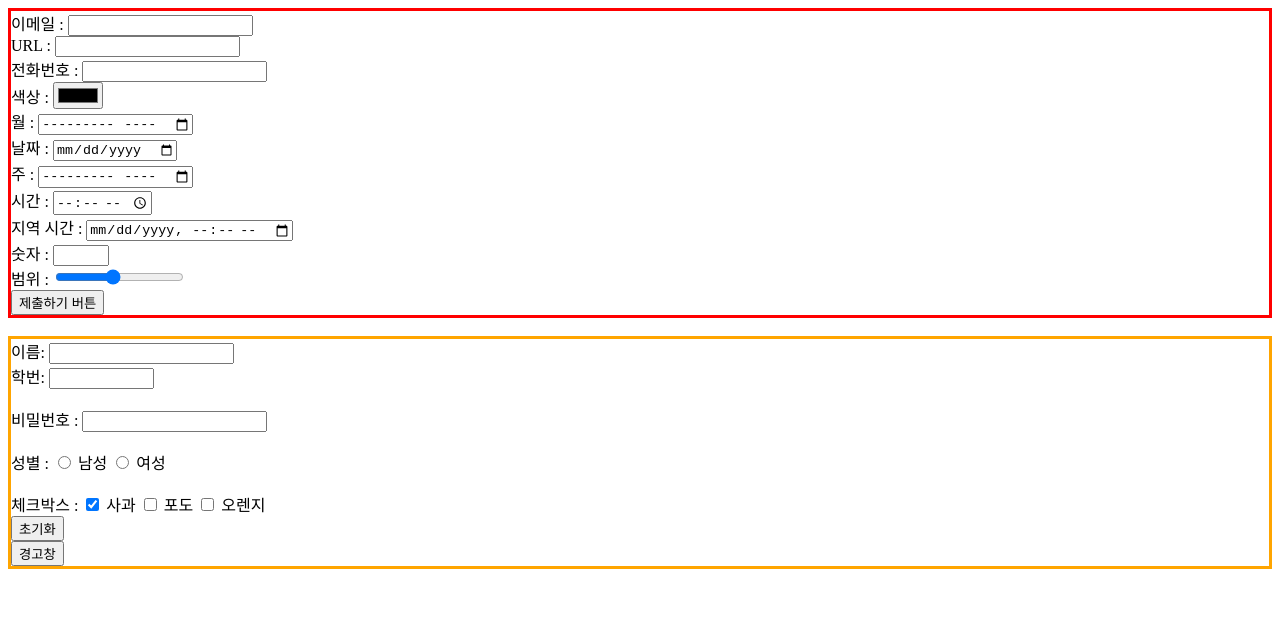
Repository: dhbaek2004/JSPex
Page: http://localhost/UX/InputForm.jsp
These files come from the project's save history. The page is drawn as it stood at one moment and after the next save; the edit follows.
The browser window is 1280 px wide. The pictures show the whole page.
The page is served by Tomcat 9.

Above is the page before, as saved 2020-08-26 15:01:38.

### Infrearn/UX/UX/WebContent/InputForm.jsp
<%@ page language="java" contentType="text/html; charset=EUC-KR"
    pageEncoding="EUC-KR"%>
<!DOCTYPE html>
<html>
<head>
<meta charset="EUC-KR">
<title>Insert title here</title>
</head>
<body>
	<form action="input.jsp" method="post">
		<div style="border:3px solid red;">
			이메일 : <input type="email" name="email"> <br>
			URL : <input type="url" name="url"> <br>
			전화번호 : <input type="tel" name="tel"> <br>
			색상 : <input type="color" name="color"> <br>
			월 : <input type="month" name="month"> <br>
			날짜 : <input type="date" name="date"> <br>
			주 : <input type="month" name="week"> <br>
			시간 : <input type="time" name="time"> <br>
			지역 시간 : <input type="datetime-local" name="localdatetime"> <br>
			숫자 : <input type="number" name="number" min="1" max="10" step="2"> <br>
			범위 : <input type="range" name="range" min="1" max="10" step="2"> <br>

			<input type="submit" value="제출하기 버튼" name="button1">
		</div>

		<br>

		<div style="border:3px solid orange;">
			이름: <input type="text" name="name"> <br>
			학번: <input type="text" name="number" size="10"> <br>
			<br>
			비밀번호 : <input type="password" name="password"> <br>
			<br>
			성별 :
			<input type="radio" name="gender" value="male"> 남성
			<input type="radio" name="gender" value="female"> 여성 <br>
			<br>
			체크박스 :
			<input type="checkbox" name="fruits" value="apple" checked> 사과
			<input type="checkbox" name="fruits" value="grape" > 포도
			<input type="checkbox" name="fruits" value="orange" > 오렌지
			<br>
			<input type="reset" value="초기화">
			<br>
			<input type="button" value="경고창" onclick="alert('경고창을 클릭하였습니다.')">
		</div>


	</form>

</body>
</html>

After the next save:
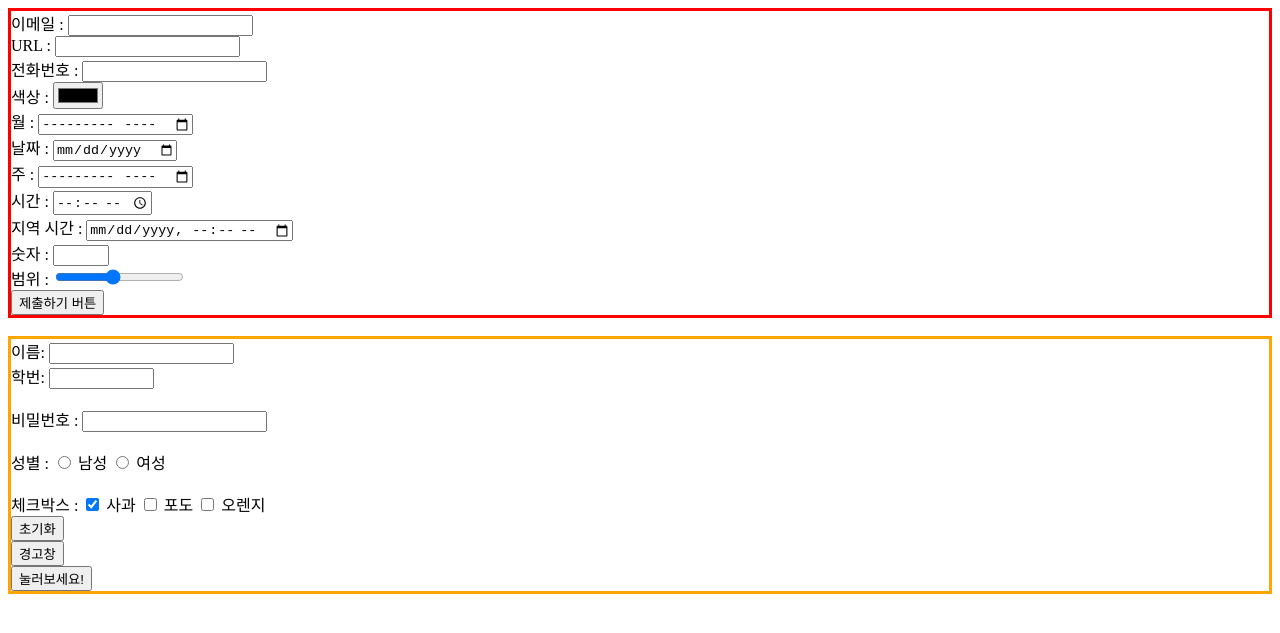
Saved 68 s later.
--- a/Infrearn/UX/UX/WebContent/InputForm.jsp
+++ b/Infrearn/UX/UX/WebContent/InputForm.jsp
@@ -44,6 +44,8 @@
 			<input type="reset" value="초기화">
 			<br>
 			<input type="button" value="경고창" onclick="alert('경고창을 클릭하였습니다.')">
+			<br>
+			<button type="button" onclick="alert('안녕하세요?')">눌러보세요!</button>
 		</div>
 
 
